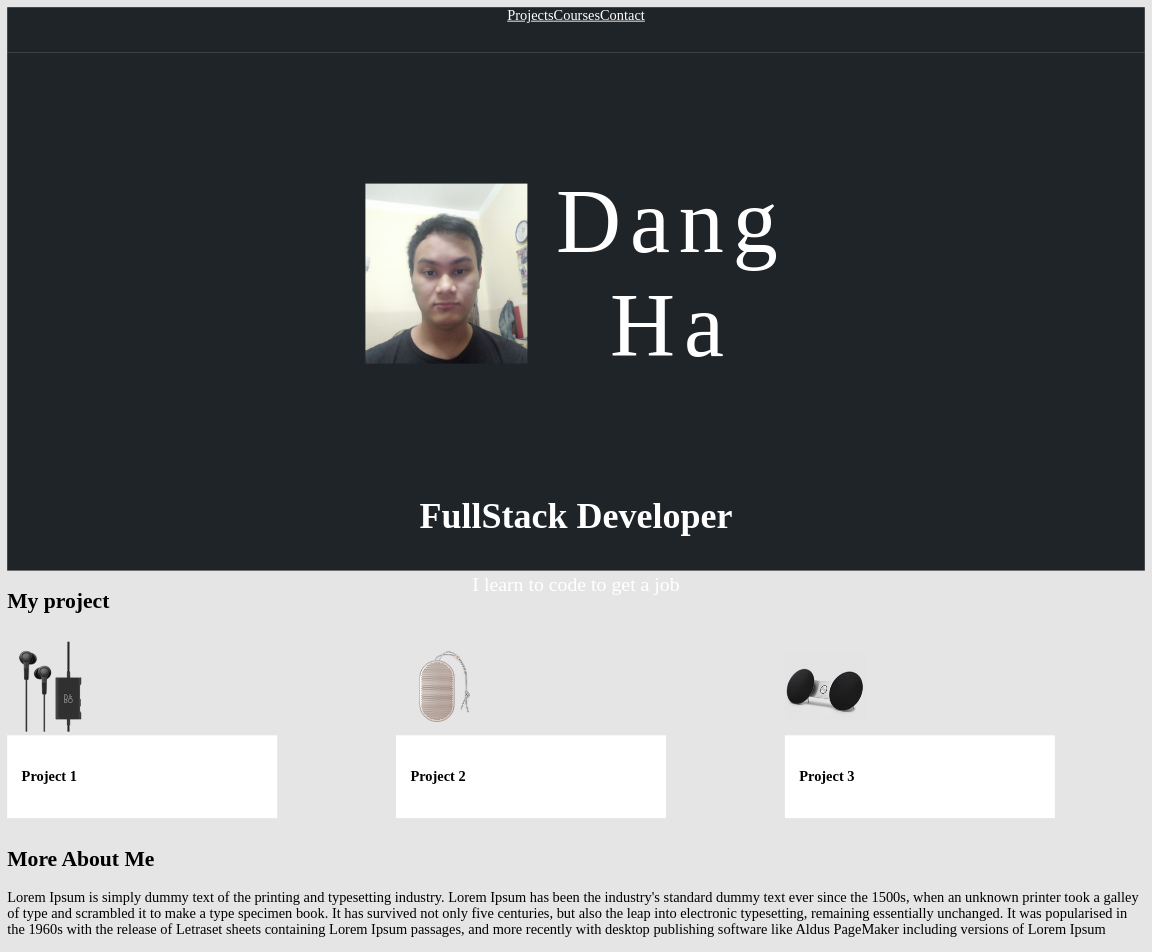
Repository: hagit01/ha-portfolio
Page: home.html
The author's editor kept a copy of each file at every save. The page is drawn from the files as they stood at one save, then again after the next save.
The browser window is 1280 px wide. The pictures show the whole page, at 90% of full size.

Above is the page before, as saved 2021-07-30 10:48:09.

After the next save:
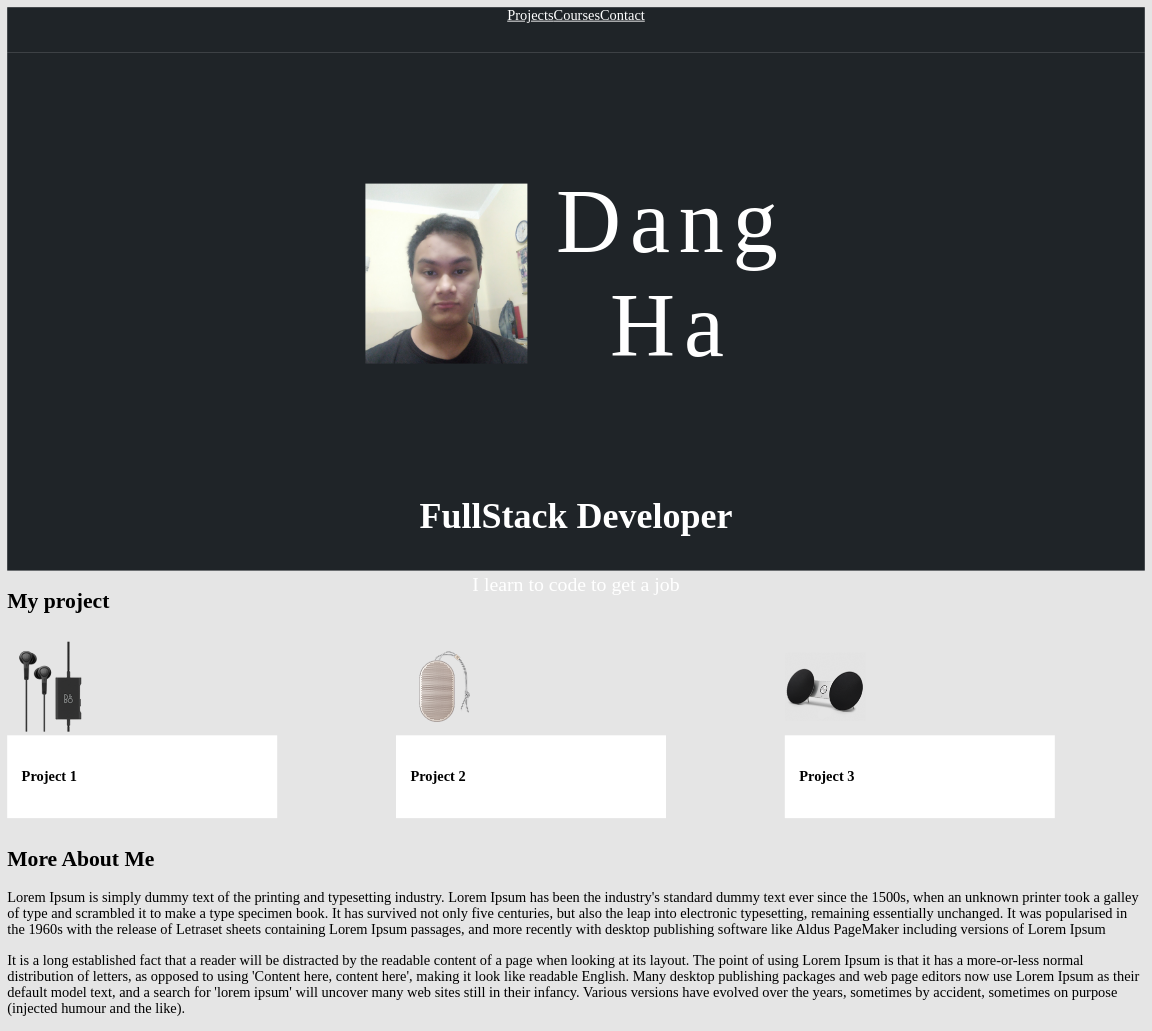
Saved 18 s later.
--- a/home.html
+++ b/home.html
@@ -66,7 +66,9 @@
         <div class="about-wrapper">
             <h2>More About Me</h2>
             <p>Lorem Ipsum is simply dummy text of the printing and typesetting industry. Lorem Ipsum has been the industry's standard dummy text ever since the 1500s, when an unknown printer took a galley of type and scrambled it to make a type specimen book. It has survived not only five centuries, but also the leap into electronic typesetting, remaining essentially unchanged. It was popularised in the 1960s with the release of Letraset sheets containing Lorem Ipsum passages, and more recently with desktop publishing software like Aldus PageMaker including versions of Lorem Ipsum</p>
-            <p></p>
+            <p>It is a long established fact that a reader will be distracted by the readable content of a page when looking at its layout. The point of using Lorem Ipsum is that it has a more-or-less normal distribution of letters, as opposed to using 'Content here, content here', making it look like readable English. Many desktop publishing packages and web page editors now use Lorem Ipsum as their default model text, and a search for 'lorem ipsum' will uncover many web sites still in their infancy. Various versions have evolved over the years, sometimes by accident, sometimes on purpose (injected humour and the like).
+
+            </p>
         </div>
     </section>
 
